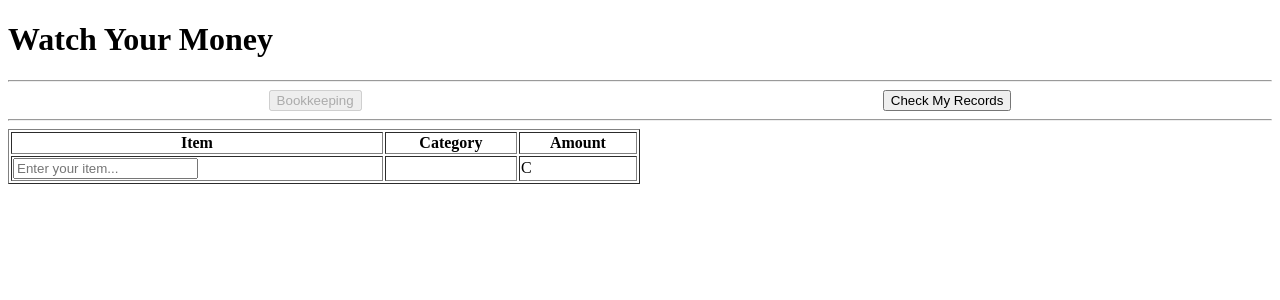
Repository: chelsea9869/Hackathon-TNT
Page: http://localhost/app/watch_your_money.php
These files come from the project's save history. The page is drawn as it stood at one moment and after a run of saves; the edit follows.
The browser window is 1280 px wide. The pictures show the whole page.
The page is run by PHP 8.4 with error messages shown; the project is at /var/www/html/.

Above is the page before, as saved 2020-09-05 12:20:53.

### app/watch_your_money.php
<?php
require_once 'include/bookkeeping-dropdown.php';
?>
<!DOCTYPE html>
<html lang="en">
<head>
    <meta charset="UTF-8">
    <meta name="viewport" content="width=device-width, initial-scale=1.0">
    <title>Watch Your Money</title>
</head>
<body>
    <h1>Watch Your Money</h1>
    <hr>
    <div id='function' style='display: flex;justify-content: space-around;'>
        <div id='bookkeeping-button'>
            <button disabled="disabled">Bookkeeping</button>
        </div>
        <div id='check-records-button'>
            <button>Check My Records</button>
        </div>
    </div>
    <hr>
    <div id='main-content'>
        <div id='bookkeeping'>
        <form name='bookkeeping-form' action="post">
            <table id='bookkeeping-form-table' border="1px" width='50%'>
                    <thead>
                        <tr>
                            <th>Item</th>
                            <th>Category</th>
                            <th>Amount</th>
                        </tr>
                    </thead>
                    <tbody>
                        <tr>
                            <td><input type="text" name="item[]" placeholder="Enter your item..."></td>
                            <td></td>
                            <td>C</td>
                        </tr>
                    </tbody>
                </table>
            </form>
        </div>
    </div>
</body>
</html>

### app/include/bookkeeping-dropdown.php
<?php
$csv_path = 'data/bookkeeping-category.csv';
$category = @fopen($csv_path,'r');

$type_dropdown= "<select id='bookkeeping-type' name='type'>";
$income_dropdown="<select id='bookkeeping-income' name='category'>";
$expense_dropdown="<select id='bookkeeping-expense' name='category'>";

foreach (($heading = fgetcsv($category))as $idx => $type) {
    $type_dropdown .= "<option value=$type>$type</option>";
}
$type_dropdown .= "</select>";


while (($data = fgetcsv($category)) !== FALSE) {
    if($data[0] =='income'){
        $income_dropdown .= "<option value={$data[1]}>{$data[1]}</option>";
    }else{
        $expense_dropdown .= "<option value={$data[1]}>{$data[1]}</option>";
    }
}
$income_dropdown  .= "</select>";
$expense_dropdown .= "</select>";
?>

### app/data/bookkeeping-category.csv
type,category
income,salary
income,allowance
income,investment
income,interest
income,others
expense,food
expense,grocery
expense,shopping
expense,transportation
expense,sports
expense,communication
expense,fashion
expense,travel
expense,healthcare
expense,entertainment
expense,utility
expense,rent
expense,study
expense,digital

After the next 3 saves:
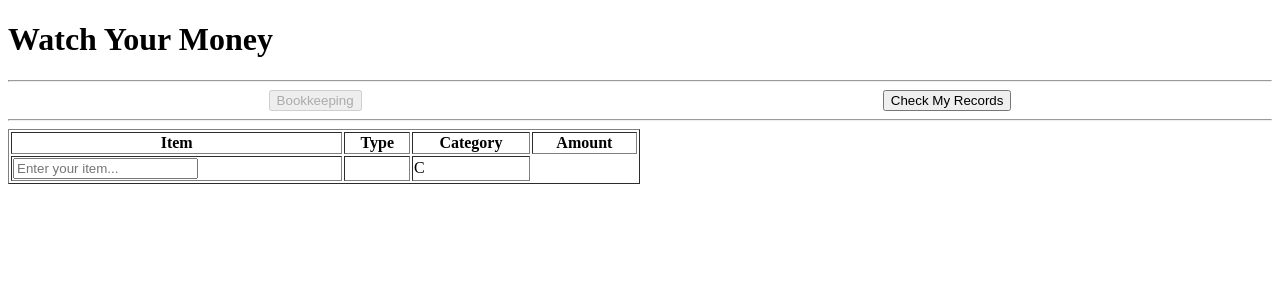
The 3 saves are shown as one change because they came seconds apart.
The last was saved 10 s later.
--- a/app/watch_your_money.php
+++ b/app/watch_your_money.php
@@ -27,6 +27,7 @@ require_once 'include/bookkeeping-dropdown.php';
                     <thead>
                         <tr>
                             <th>Item</th>
+                            <th>Type</th>
                             <th>Category</th>
                             <th>Amount</th>
                         </tr>
